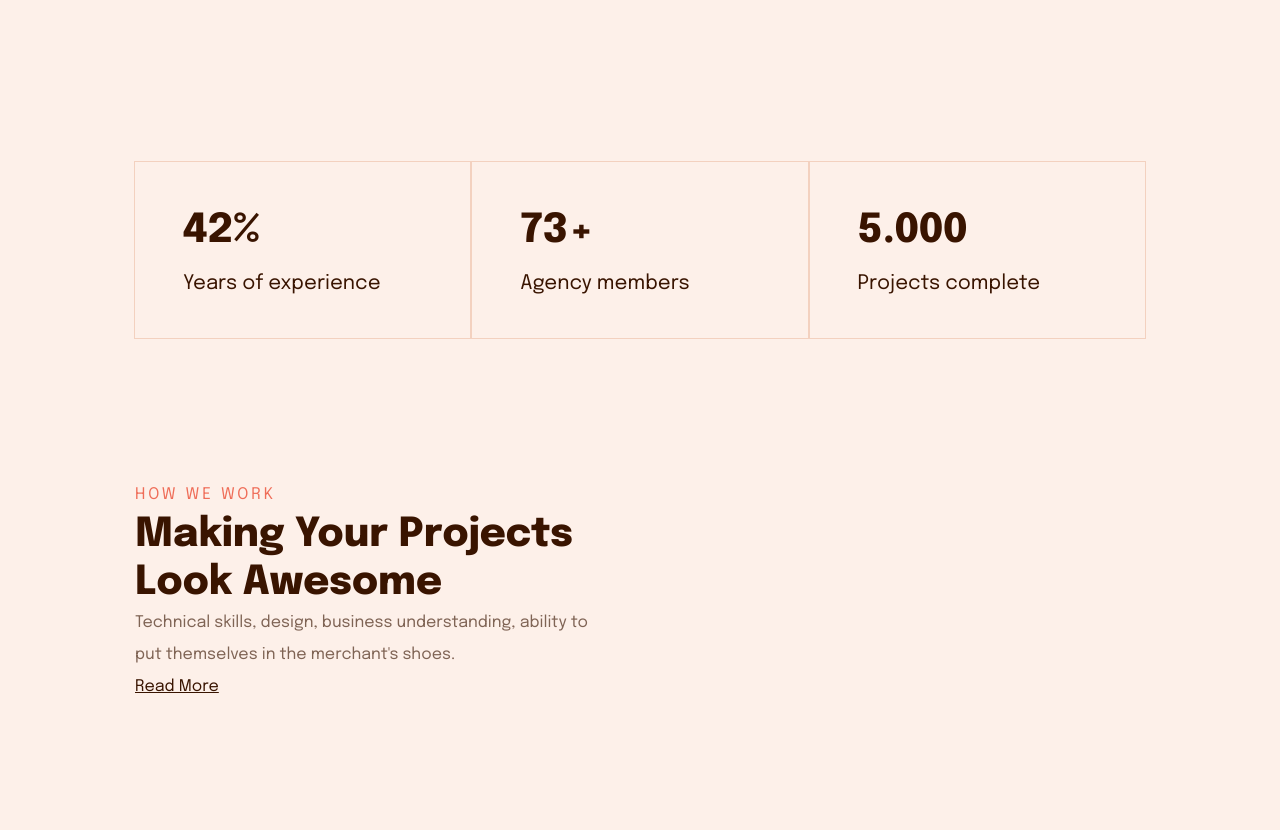
Repository: MehdiKerimov/Figma-task-7
Page: index.html
The author's editor kept a copy of each file at every save. The page is drawn from the files as they stood at one save, then again after a run of saves.
The browser window is 1280 px wide. The pictures show the whole page.

Above is the page before, as saved 2023-08-30 12:12:58.

After the next 2 saves:
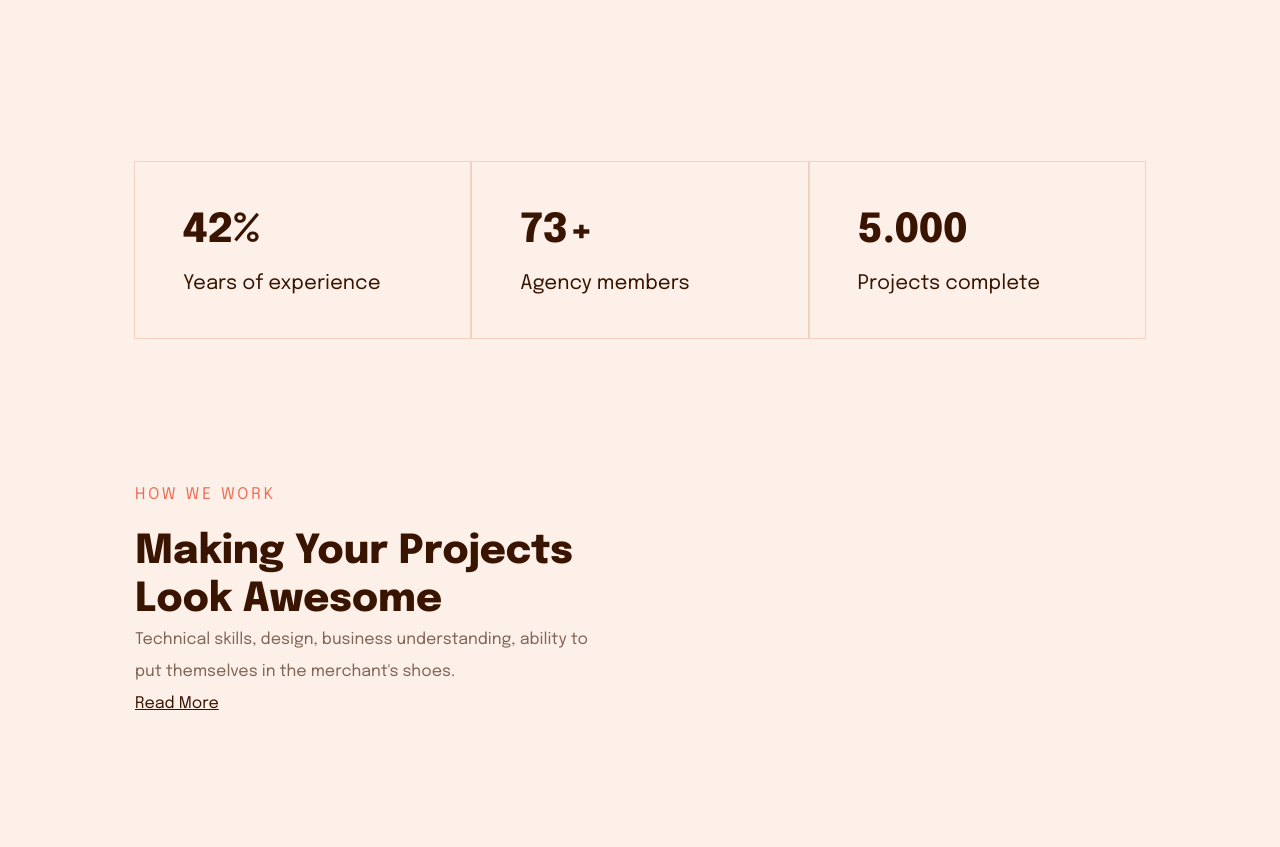
The 2 saves are shown as one change because they came seconds apart.
The last was saved 25 s later.
--- a/index.css
+++ b/index.css
@@ -77,6 +77,7 @@
   text-transform: uppercase;
 }
 .container-2 .text-container h2 {
+    margin-top: 17px;
     width: 448px;
   color: var(--text-dark, #391400);
   font-feature-settings: "clig" off, "liga" off;
